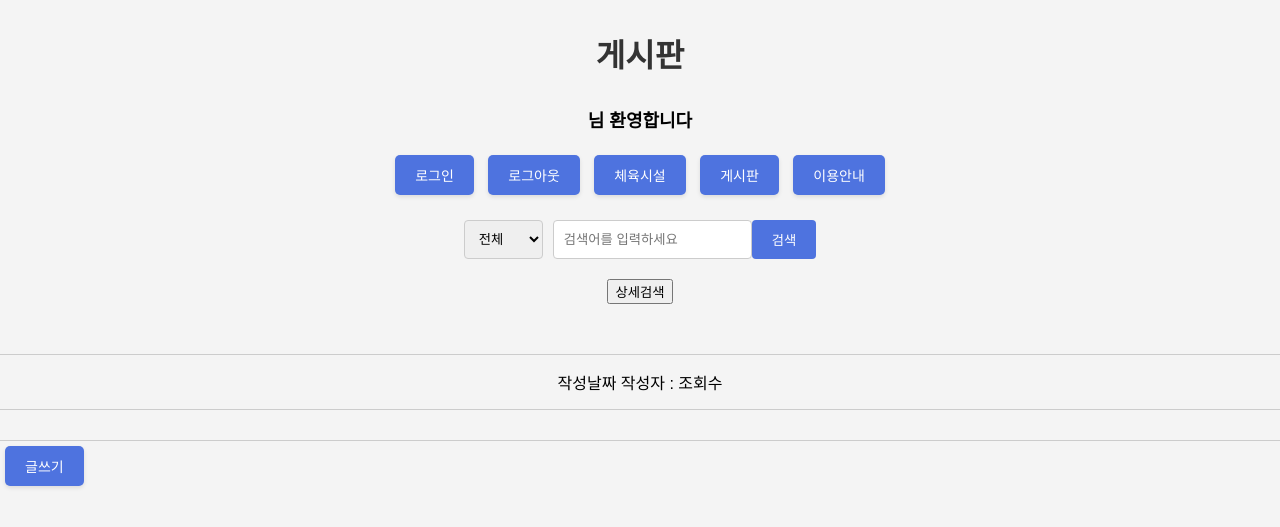
Repository: shinyunseok/portfolio1
Page: http://localhost/portfolio/WEB-INF/board/getBoard.jsp
The author's editor kept a copy of each file at every save. The page is drawn from the files as they stood at one save, then again after the next save.
The browser window is 1280 px wide. The pictures show the whole page.
The page is served by Tomcat 10. Nobody is signed in. The template is opened directly, without the code that normally fills it, so the values that code supplies are empty.

Above is the page before, as saved 2023-05-26 07:06:39.

After the next save:
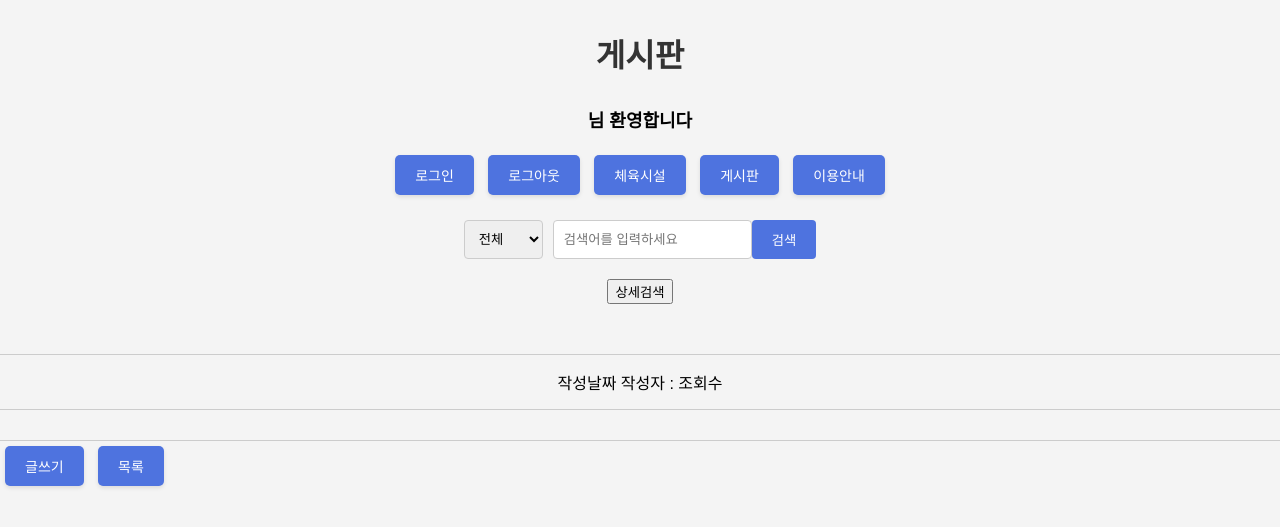
Saved 35 s later.
--- a/portfolio/src/main/webapp/WEB-INF/board/getBoard.jsp
+++ b/portfolio/src/main/webapp/WEB-INF/board/getBoard.jsp
@@ -315,6 +315,7 @@ tbody tr:hover {
   </table>
 
   <button class="write-button" onclick="location.href='#'">글쓰기</button>
+  <button class="write-button" onclick="location.href='getBoardList.do'">목록</button>
 
   <script>
     function toggleAdvancedSearch() {
